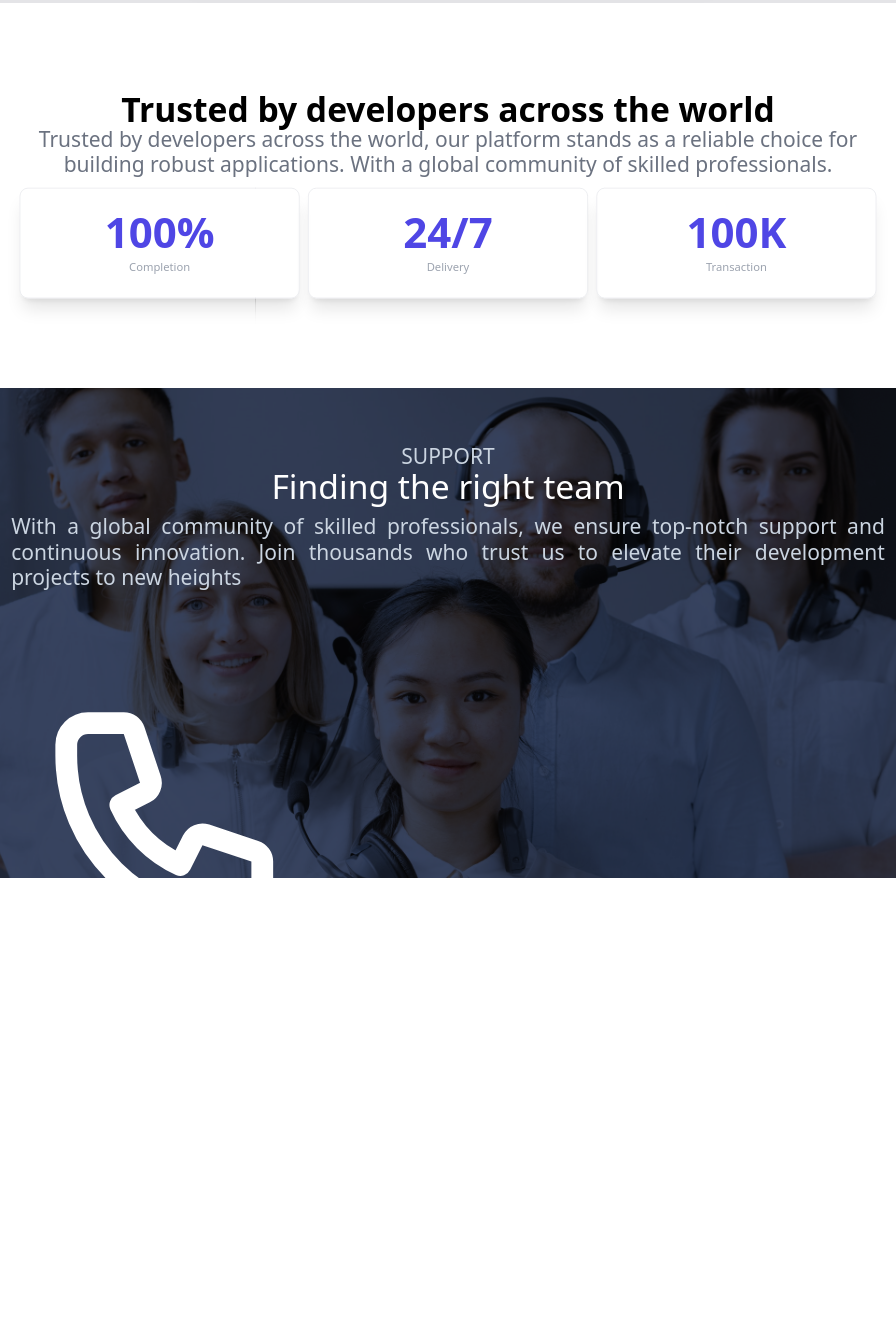
Repository: adrcstro/react-project-2
Page: /
These files come from the project's save history. The page is drawn as it stood at one moment and after the next save; the edit follows.
The browser window is 1280 px wide. The pictures show the part of the page from y = 715 to 2635 px (the page is 2617 px tall before and 2635 px after), at 70% of full size.
The project was rebuilt for these pictures with package versions that can differ from the ones it lists, and the page was loaded fresh each time.

Above is the page before, as saved 2024-08-15 20:29:55.

After the next save:
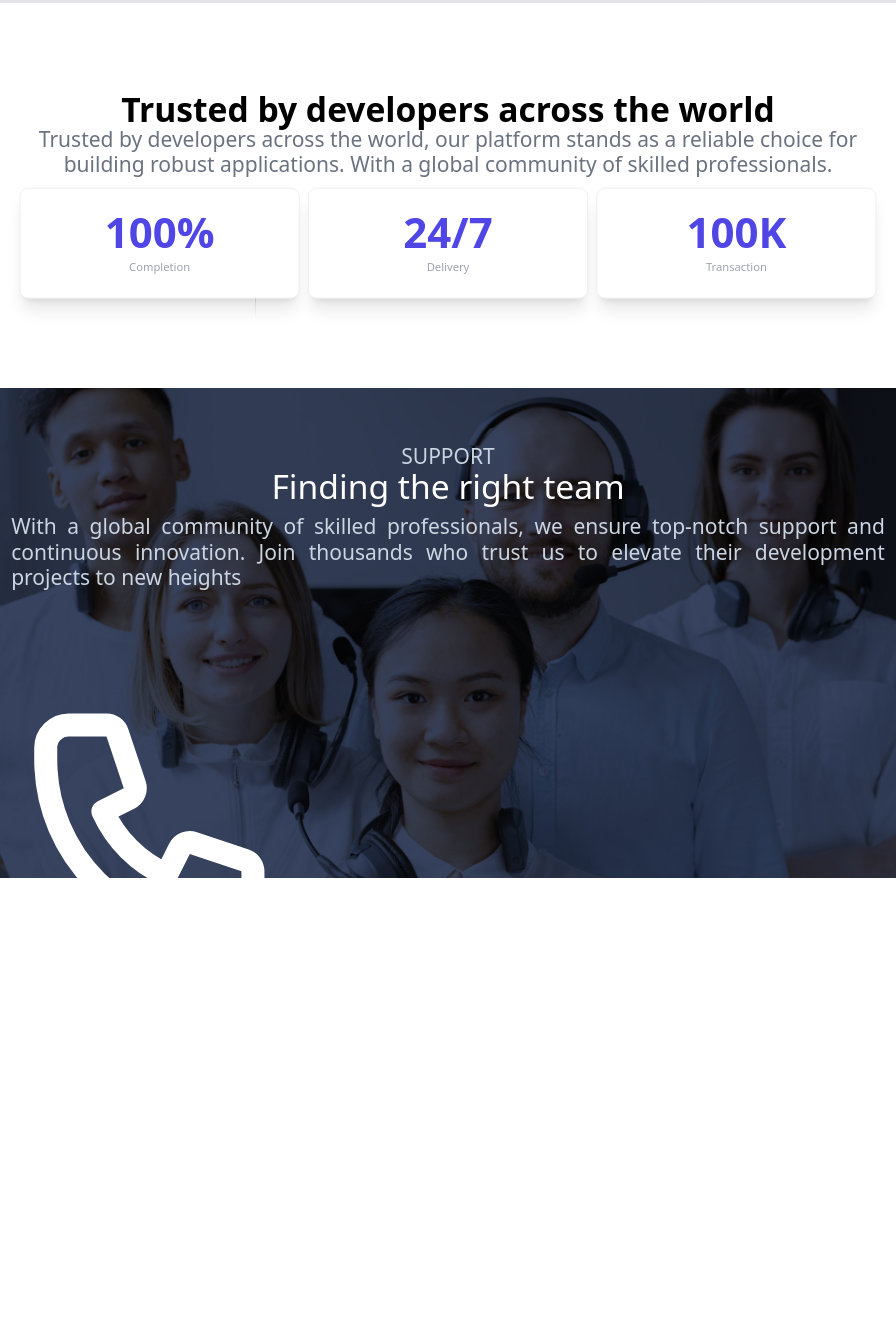
Saved 26 s later.
--- a/src/components/Support.jsx
+++ b/src/components/Support.jsx
@@ -18,7 +18,7 @@ function Support() {
             </div>
 
 
-            <div className='grid grid-cols-1 lg:grid-cols-3 relative gap-x-8 gap-y-16 px-12 sm:pt-20'>
+            <div className='grid grid-cols-1 lg:grid-cols-3 relative gap-x-8 gap-y-16 px-4 sm:pt-20'>
             <div>
                  <div>
                     <PhoneIcon/>
